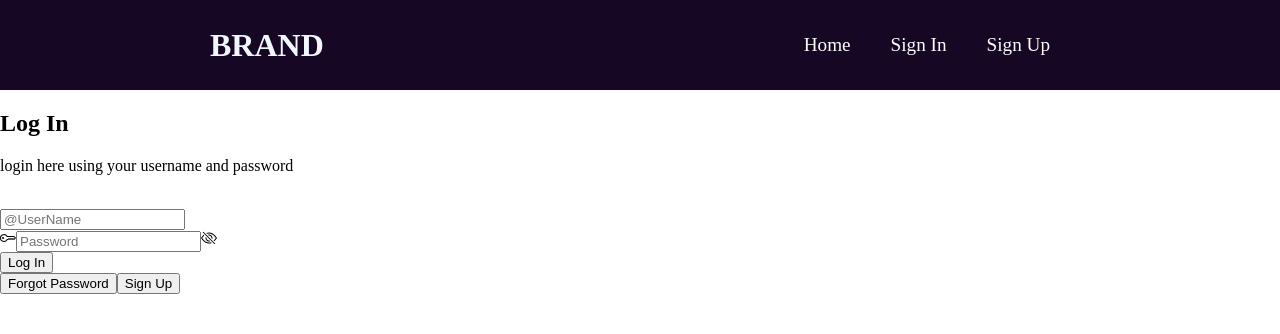
Repository: code-mtaani/ojwang-frontend
Page: /signup
An editor plug-in stored every save of this project. The page is shown before and after a run of saves, followed by the edit.
The browser window is 1280 px wide. The pictures show the whole page.
The project was rebuilt for these pictures with package versions that can differ from the ones it lists, and the page was loaded fresh each time. Also part of the build but not shown: vite.config.ts, src/Pages/HomePage/Home.pages.tsx, src/Pages/SignIn/SignIn.pages.tsx.

Above is the page before, as saved 2023-02-01 09:50:13.

### src/App.tsx
import { BrowserRouter as Router, Routes, Route } from "react-router-dom";

import Navigation from "./Components/Nav";
import Home from './Pages/HomePage'
import SignIn from "./Pages/SignIn";
import SignUp from "./Pages/SignUp"

function App() {
  return (
    <Router>
      <div className="App">
        <Navigation />
        <Routes>
          <Route path="/" element={<Home />} />
          <Route path="/signin" element={<SignIn/>} />
          <Route path="/signup" element={<SignUp/>} />
        </Routes>
      </div>
    </Router>
  );
}

export default App;

### src/index.css
body {
  margin: 0;
  padding: 0;
  min-width: 320px;
  min-height: 100vh;
  box-sizing: border-box;
}

### src/Components/Nav/index.js
export {default} from './Navigation.component'

### src/Pages/HomePage/index.ts
export { default } from "./Home.pages";

### src/Pages/SignIn/index.ts
export { default } from './SignIn.pages'

### src/Pages/SignUp/index.ts
export {default} from './SignUp.pages'

### src/Components/Nav/Navigation.component.tsx
import React from "react";
import {Link} from "react-router-dom"
import './nav.css'

const Navigation = () => {
  return (
    <nav className="navbar">
      <div className="left">
        <h1><Link to="/"> BRAND </Link></h1>
      </div>

      <div className="right">
        <input type="checkbox" id="check" />
        <label htmlFor="check" className="checkBtn">
          <svg
            xmlns="http://www.w3.org/2000/svg"
            width="30"
            height="30"
            fill="currentColor"
            className="bi bi-justify"
            viewBox="0 0 16 16"
          >
            <path
              fill-rule="evenodd"
              d="M2 12.5a.5.5 0 0 1 .5-.5h11a.5.5 0 0 1 0 1h-11a.5.5 0 0 1-.5-.5zm0-3a.5.5 0 0 1 .5-.5h11a.5.5 0 0 1 0 1h-11a.5.5 0 0 1-.5-.5zm0-3a.5.5 0 0 1 .5-.5h11a.5.5 0 0 1 0 1h-11a.5.5 0 0 1-.5-.5zm0-3a.5.5 0 0 1 .5-.5h11a.5.5 0 0 1 0 1h-11a.5.5 0 0 1-.5-.5z"
            />
          </svg>
        </label>

        <ul className="list">
          <li> <Link to="/">Home</Link></li>
          <li> <Link to="/signin">Sign In</Link></li>
          <li> <Link to="signup">Sign Up</Link></li>
        </ul>
      </div>
    </nav>
  );
};

export default Navigation;

### src/Pages/SignUp/SignUp.pages.tsx
import React from 'react'

const SignUp = () => {
  return (
    <div className="overlay">
      <form>
        {/* con = Container  for items in the form */}
        <div className="con">
          {/* <!--     Start  header Content  --> */}
          <header className="head-form">
            <h2>Log In</h2>
            {/* <!--     A welcome message or an explanation of the login form --> */}
            <p>login here using your username and password</p>
          </header>
          {/* End  header Content */}
          <br />
          <div className="field-set">
            {/*user name */}
            <span className="input-item">
              <i className="fa fa-user-circle"></i>
            </span>
            {/* user name Input */}
            <input
              className="form-input"
              id="txt-input"
              type="text"
              placeholder="@UserName"
              required
            />

            <br />

            {/*Password */}

            <span className="input-item">
              <svg
                xmlns="http://www.w3.org/2000/svg"
                width="16"
                height="16"
                fill="currentColor"
                className="bi bi-key"
                viewBox="0 0 16 16"
              >
                <path d="M0 8a4 4 0 0 1 7.465-2H14a.5.5 0 0 1 .354.146l1.5 1.5a.5.5 0 0 1 0 .708l-1.5 1.5a.5.5 0 0 1-.708 0L13 9.207l-.646.647a.5.5 0 0 1-.708 0L11 9.207l-.646.647a.5.5 0 0 1-.708 0L9 9.207l-.646.647A.5.5 0 0 1 8 10h-.535A4 4 0 0 1 0 8zm4-3a3 3 0 1 0 2.712 4.285A.5.5 0 0 1 7.163 9h.63l.853-.854a.5.5 0 0 1 .708 0l.646.647.646-.647a.5.5 0 0 1 .708 0l.646.647.646-.647a.5.5 0 0 1 .708 0l.646.647.793-.793-1-1h-6.63a.5.5 0 0 1-.451-.285A3 3 0 0 0 4 5z" />
                <path d="M4 8a1 1 0 1 1-2 0 1 1 0 0 1 2 0z" />
              </svg>
            </span>
            {/*Password Input */}
            <input
              className="form-input"
              type="password"
              placeholder="Password"
              id="pwd"
              name="password"
              required
            />

            {/*  Show/hide password */}
            <span>
              <svg
                xmlns="http://www.w3.org/2000/svg"
                width="16"
                height="16"
                fill="currentColor"
                className="bi bi-eye-slash"
                viewBox="0 0 16 16"
              >
                <path d="M13.359 11.238C15.06 9.72 16 8 16 8s-3-5.5-8-5.5a7.028 7.028 0 0 0-2.79.588l.77.771A5.944 5.944 0 0 1 8 3.5c2.12 0 3.879 1.168 5.168 2.457A13.134 13.134 0 0 1 14.828 8c-.058.087-.122.183-.195.288-.335.48-.83 1.12-1.465 1.755-.165.165-.337.328-.517.486l.708.709z" />
                <path d="M11.297 9.176a3.5 3.5 0 0 0-4.474-4.474l.823.823a2.5 2.5 0 0 1 2.829 2.829l.822.822zm-2.943 1.299.822.822a3.5 3.5 0 0 1-4.474-4.474l.823.823a2.5 2.5 0 0 0 2.829 2.829z" />
                <path d="M3.35 5.47c-.18.16-.353.322-.518.487A13.134 13.134 0 0 0 1.172 8l.195.288c.335.48.83 1.12 1.465 1.755C4.121 11.332 5.881 12.5 8 12.5c.716 0 1.39-.133 2.02-.36l.77.772A7.029 7.029 0 0 1 8 13.5C3 13.5 0 8 0 8s.939-1.721 2.641-3.238l.708.709zm10.296 8.884-12-12 .708-.708 12 12-.708.708z" />
              </svg>
            </span>

            <br />
            {/*  buttons */}
            {/*button LogIn */}
            <button className="log-in"> Log In </button>
          </div>

          {/* other buttons */}
          <div className="other">
            {/* Forgot Password button */}
            <button className="btn submits frgt-pass">Forgot Password</button>
            {/* Sign Up button */}
            <button className="btn submits sign-up">
              Sign Up
              {/* Sign Up font icon */}
              <i className="fa fa-user-plus" aria-hidden="true"></i>
            </button>
            {/* End Other the Division */}
          </div>

          {/* End Conrainer */}
        </div>

        {/* End Form */}
      </form>
    </div>
  );
}

export default SignUp

### src/Components/Nav/nav.css
.navbar{
    background-color: rgb(22,7,36);
    display: flex;
    justify-content: space-around;
    align-items: center;
    /* line-height: 5rem; */
}

.left h1{
    font-size: 2rem;
    cursor: pointer;
}
.left h1 a{
    text-decoration: none;
    color: aliceblue;
}

.checkBtn{
    display: none;
}
#check{
    display: none;
}
.checkBtn{
    cursor: pointer;
    font-size: 30px;
    float: right;
    color: #ed1e79;
    line-height: 88px;
}

.right ul{
    display: flex;
    list-style: none;
}
.right ul li a {
    padding: 10px 20px;
    font-size: 1.2rem;
    color: white;
    cursor: pointer;
    text-decoration: none;
    transition: all 1s;
}

.right ul li a:hover{
    background-color: #fff;
    border-radius: 7px;
    color: rgb(22, 7, 36);
    margin-left: 4px ;
    margin-right: 4px ;
}

/* ================================== Media Queries=================================================== */

@media screen and (max-width:805px){
    .list{
        width: 100%;
        height: 100vh;
        background-color: rgb(22, 7, 36);
        text-align: center;
        display: flex;
        flex-direction: column;
        position: fixed;
        top: 5rem;
        left: 100%;
        transition: all 1s;
    }

    #check{
        display: none;
    }
    .checkBtn{
        display: block;
    }
    #check:checked~ul{
        left: 0%
    }
}

Loaded but not shown: index.html (common file); src/main.tsx (common file)

After the next 2 saves:
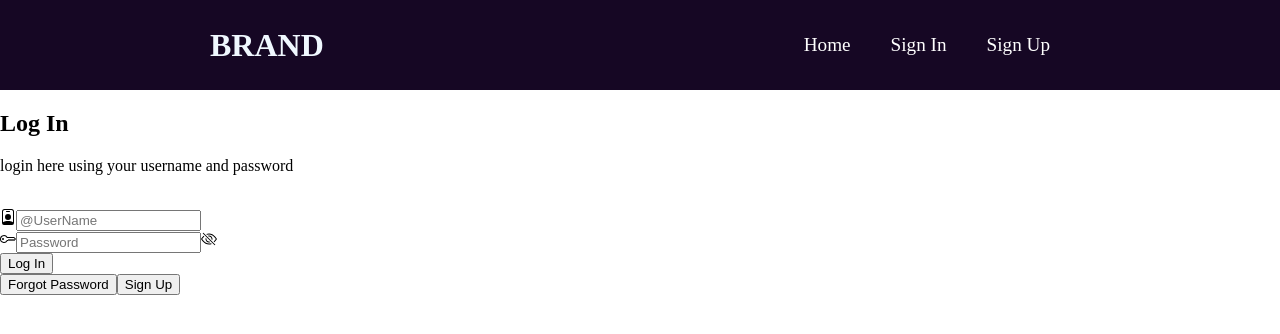
The 2 saves are shown as one change because they came seconds apart.
The last was saved 57 s later.
--- a/src/Pages/SignUp/SignUp.pages.tsx
+++ b/src/Pages/SignUp/SignUp.pages.tsx
@@ -17,7 +17,17 @@ const SignUp = () => {
           <div className="field-set">
             {/*user name */}
             <span className="input-item">
-              <i className="fa fa-user-circle"></i>
+              <svg
+                xmlns="http://www.w3.org/2000/svg"
+                width="16"
+                height="16"
+                fill="currentColor"
+                class="bi bi-person-badge"
+                viewBox="0 0 16 16"
+              >
+                <path d="M6.5 2a.5.5 0 0 0 0 1h3a.5.5 0 0 0 0-1h-3zM11 8a3 3 0 1 1-6 0 3 3 0 0 1 6 0z" />
+                <path d="M4.5 0A2.5 2.5 0 0 0 2 2.5V14a2 2 0 0 0 2 2h8a2 2 0 0 0 2-2V2.5A2.5 2.5 0 0 0 11.5 0h-7zM3 2.5A1.5 1.5 0 0 1 4.5 1h7A1.5 1.5 0 0 1 13 2.5v10.795a4.2 4.2 0 0 0-.776-.492C11.392 12.387 10.063 12 8 12s-3.392.387-4.224.803a4.2 4.2 0 0 0-.776.492V2.5z" />
+              </svg>
             </span>
             {/* user name Input */}
             <input
